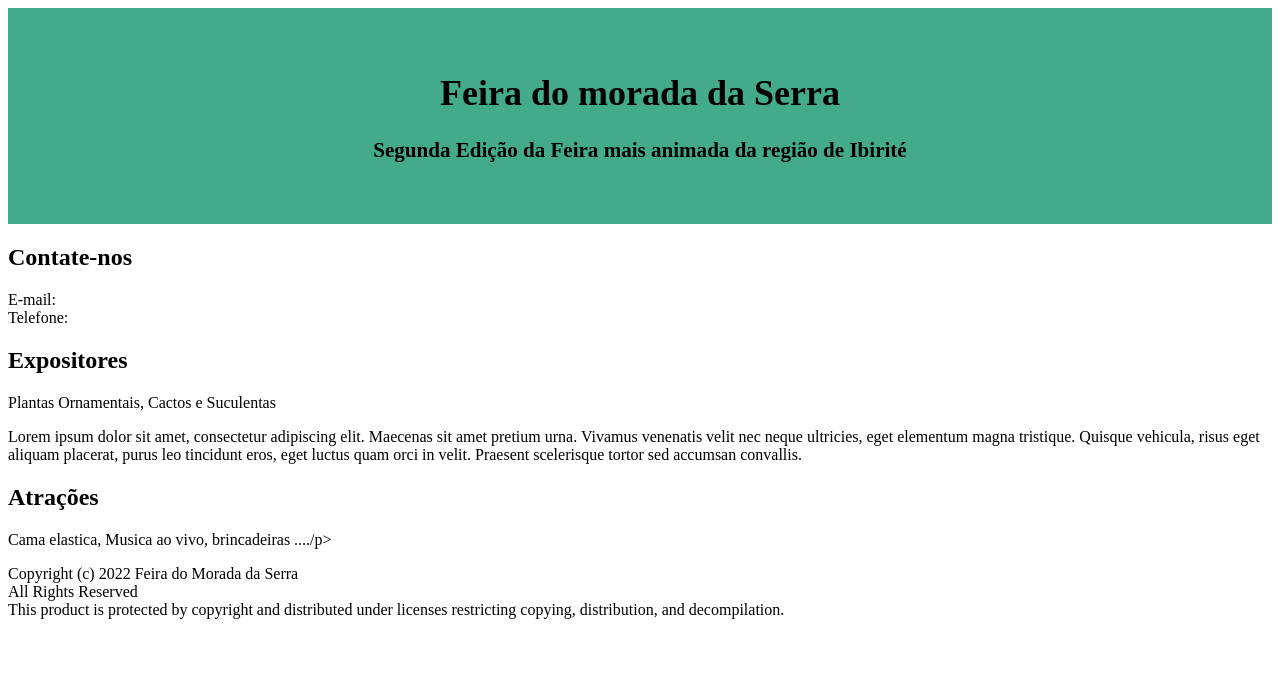
Repository: valerianogueirasilva/feiraibirite
Page: SoacialProject/Index.html
These files come from the project's save history. The page is drawn as it stood at one moment and after the next save; the edit follows.
The browser window is 1280 px wide. The pictures show the whole page.

Above is the page before, as saved 2022-07-11 14:49:46.

### SoacialProject/Index.html
<!DOCTYPE html>
<html>
<head>
<meta charset="ISO-8859-1">
<title>Feira Social do Morada da Serra</title>
<link rel="stylesheet" type="text/css" href="Css/cssfile.css" >
<header id="HeaderId" class="HeaderClass">
<h1 id="H1HeaderId" class="H1HeaderClass">Feira do morada da Serra</h1>
<h3 id="H3HeaderId" class="H3HeaderClass">Segunda Edição da Feira mais animada da região de Ibirité</h3>
</header>

</head>
<body>

<div class="row">
  <div class="column side">
    <h2>Contate-nos</h2>
    <p>E-mail: <br> Telefone: <br> </p>
  </div>

  <div class="column middle">
    <h2>Expositores</h2>
    <p id="VerdeAmorId" class="VerdeAmorClass"> Plantas Ornamentais, Cactos e Suculentas</p>
    <p>Lorem ipsum dolor sit amet, consectetur adipiscing elit. Maecenas sit amet pretium urna. Vivamus venenatis velit nec neque ultricies, eget elementum magna tristique. Quisque vehicula, risus eget aliquam placerat, purus leo tincidunt eros, eget luctus quam orci in velit. Praesent scelerisque tortor sed accumsan convallis.</p>
  </div>

<div class="column side">
    <h2>Atrações</h2>
    <p>Cama elastica, Musica ao vivo, brincadeiras ..../p>
  </div>
</div


<footer ide="FooterId" class="FooterClass" >Copyright (c) 2022 Feira do Morada da Serra <br> All Rights Reserved <br>

This product is protected by copyright and distributed under
licenses restricting copying, distribution, and decompilation. </footer>

</body>
</html>

### SoacialProject/Css/cssfile.css
/*
Author: Valeria Nogueira
Date: 11 july 2022
Section: Social Project

https://coolors.co/f94144-f3722c-f8961e-fdc9b0-f9c74f-74a94c-43aa8b-4f9290-ffffff-040d10
*/

.HeaderClass {
   text-align: center;
   background: #43AA8B;
   padding: 40px;
   font-size: 18px;
}














.FooterClass{
	text-align: center;
	padding:20px;
	background:#43AA8B;
}

After the next save:
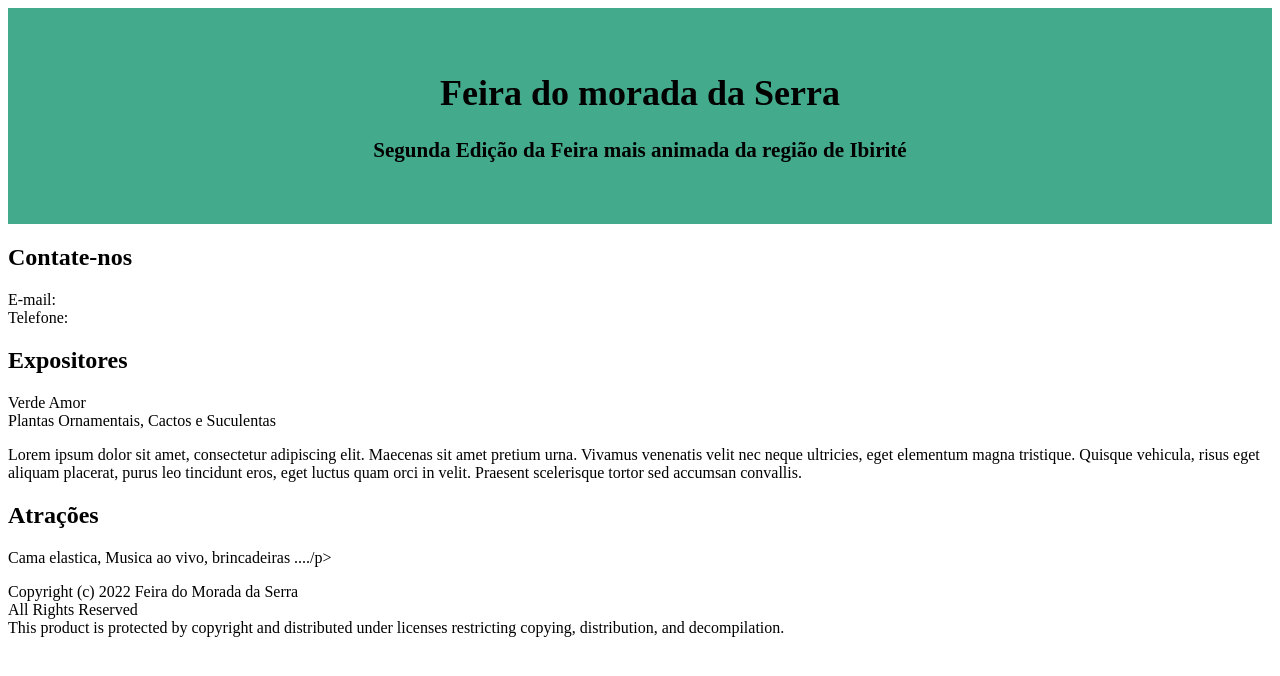
Saved 35 s later.
--- a/SoacialProject/Index.html
+++ b/SoacialProject/Index.html
@@ -20,7 +20,7 @@
 
   <div class="column middle">
     <h2>Expositores</h2>
-    <p id="VerdeAmorId" class="VerdeAmorClass"> Plantas Ornamentais, Cactos e Suculentas</p>
+    <p id="VerdeAmorId" class="VerdeAmorClass"> Verde Amor <br> Plantas Ornamentais, Cactos e Suculentas</p>
     <p>Lorem ipsum dolor sit amet, consectetur adipiscing elit. Maecenas sit amet pretium urna. Vivamus venenatis velit nec neque ultricies, eget elementum magna tristique. Quisque vehicula, risus eget aliquam placerat, purus leo tincidunt eros, eget luctus quam orci in velit. Praesent scelerisque tortor sed accumsan convallis.</p>
   </div>
 
